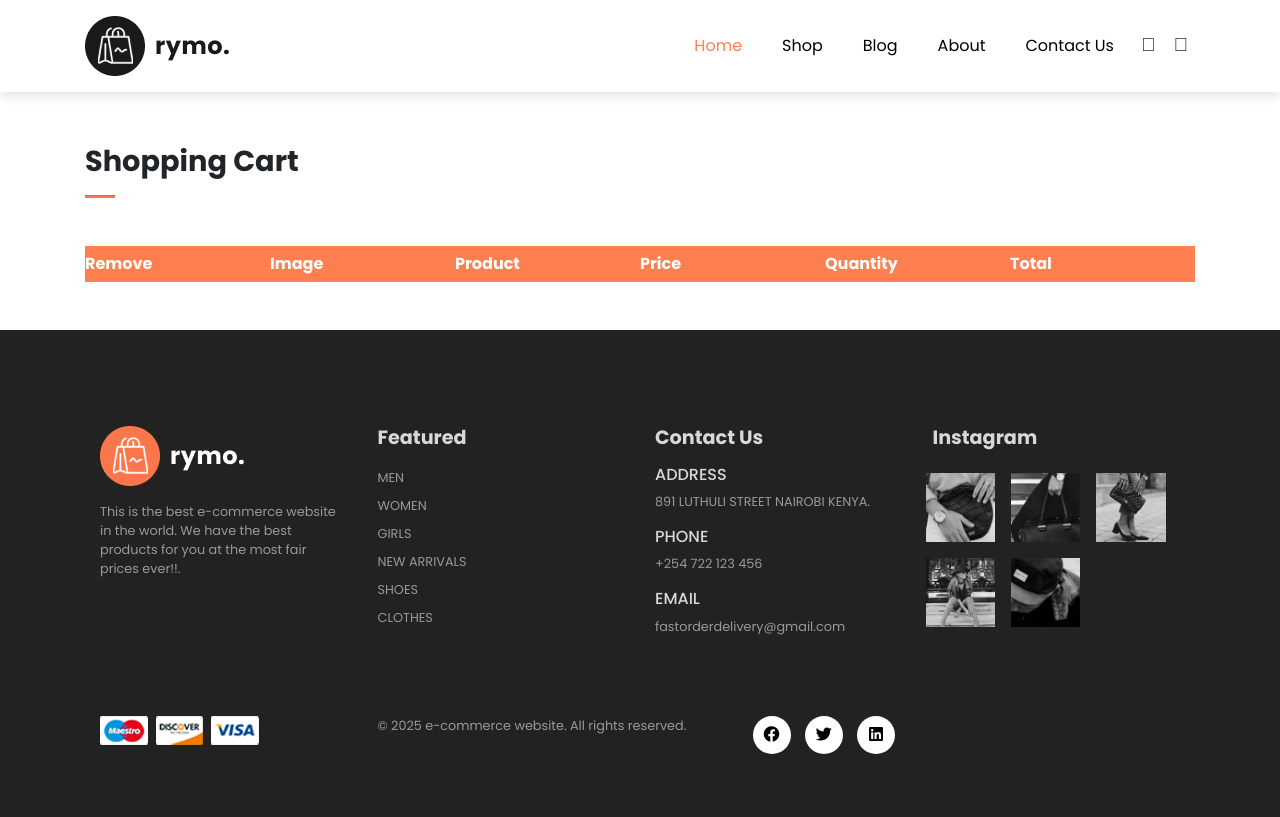
Repository: peter417waweru/e-commerce-UI
Page: cart.html
These files come from the project's save history. The page is drawn as it stood at one moment and after the next save; the edit follows.
The browser window is 1280 px wide. The pictures show the whole page.
Some web libraries are served in a nearby version.

Above is the page before, as saved 2025-02-09 08:39:03.
Console error: TypeError: Cannot set properties of undefined (setting 'onclick')

After the next save:
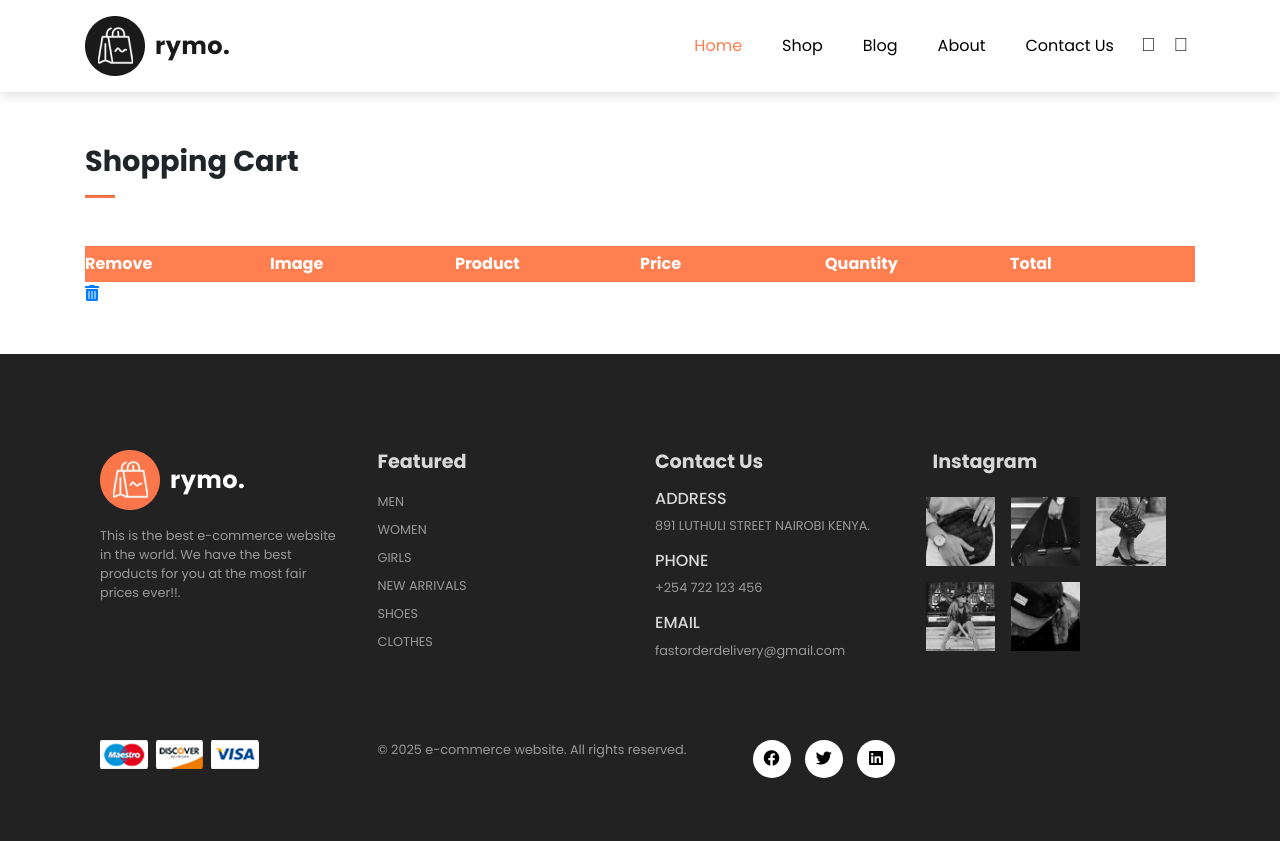
Saved 2 min 14 s later.
--- a/cart.html
+++ b/cart.html
@@ -71,6 +71,11 @@
                         <td>Total</td>
                     </tr>
                 </thead>
+                <tbody>
+                    <tr>
+                        <td><a href=""><i class="fas fa-trash-alt"></i></a></td>
+                    </tr>
+                </tbody>
             </table>
 
         </section>
